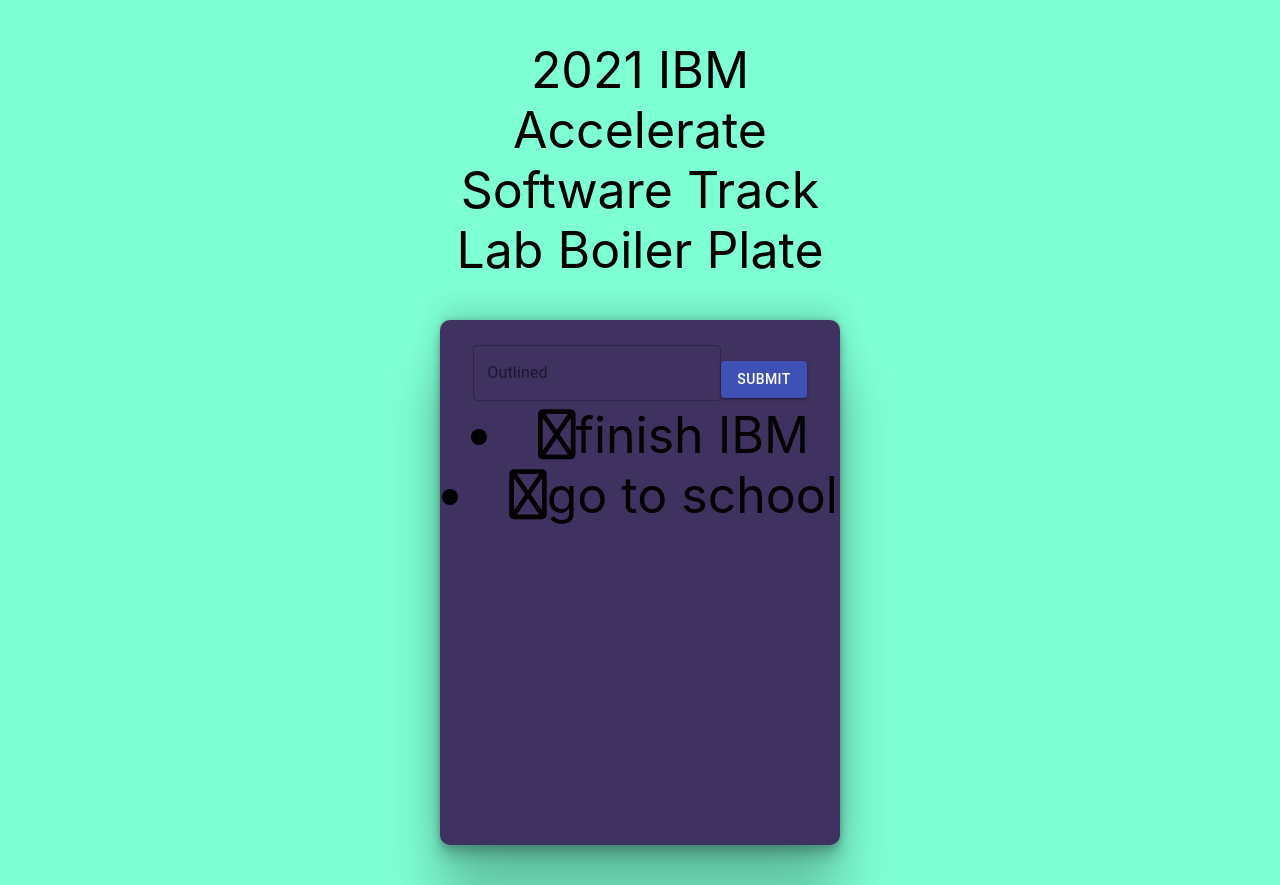
Repository: 2021-IBM-Accelerate-SW-Track/lab-1-team-34
Page: /
An editor plug-in stored every save of this project. The page is shown before and after the next save, followed by the edit.
The browser window is 1280 px wide. The pictures show the whole page.
Some web libraries are served in a nearby version. The project was rebuilt for these pictures with package versions that can differ from the ones it lists, and the page was loaded fresh each time.

Above is the page before, as saved 2021-06-13 16:55:10.

After the next save:
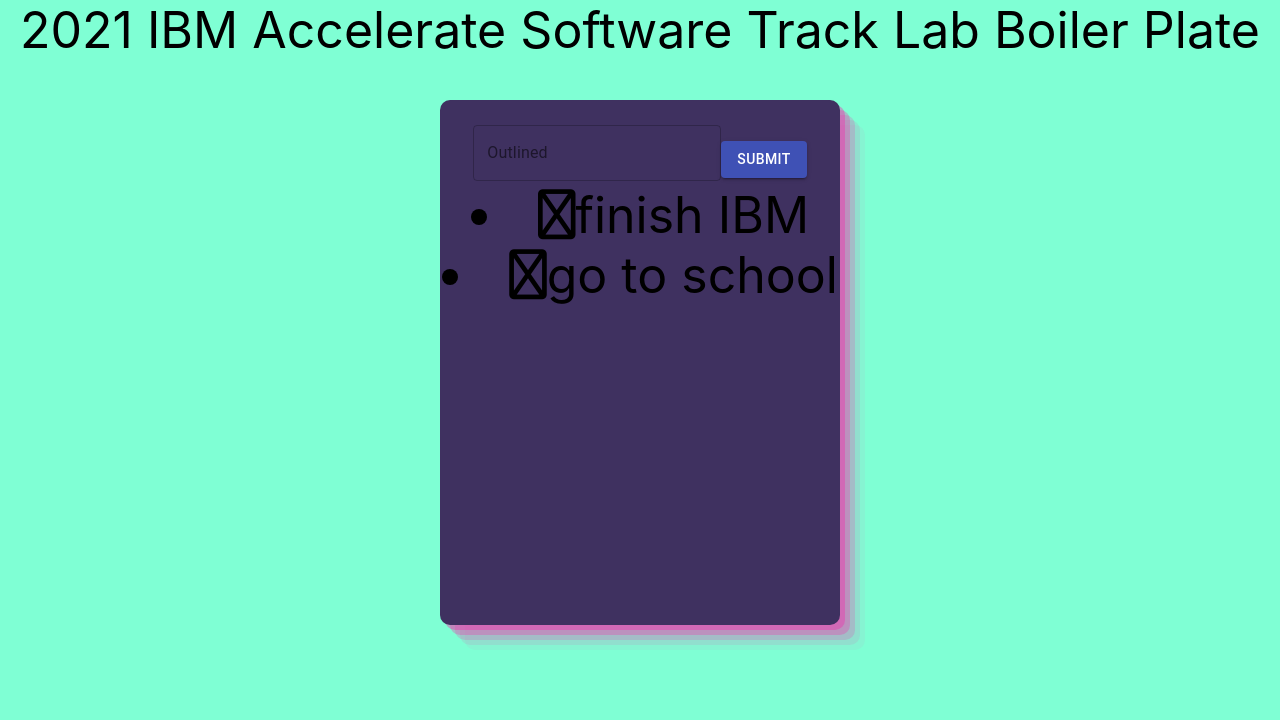
Saved 21 s later.
--- a/src/component/Input/input.css
+++ b/src/component/Input/input.css
@@ -6,10 +6,7 @@
   padding-top: 25px;
   border-radius: 10px;
 
-  box-shadow: rgba(0, 0, 0, 0.25) 0px 54px 55px,
-    rgba(0, 0, 0, 0.12) 0px -12px 30px, rgba(0, 0, 0, 0.12) 0px 4px 6px,
-    rgba(0, 0, 0, 0.17) 0px 12px 13px, rgba(0, 0, 0, 0.09) 0px -3px 5px;
-}
+box-shadow: rgba(240, 46, 170, 0.4) 5px 5px, rgba(240, 46, 170, 0.3) 10px 10px, rgba(240, 46, 170, 0.2) 15px 15px, rgba(240, 46, 170, 0.1) 20px 20px, rgba(240, 46, 170, 0.05) 25px 25px;
 .inputtext {
   background-color: #ffffff;
   border: 0;

After the save that followed:
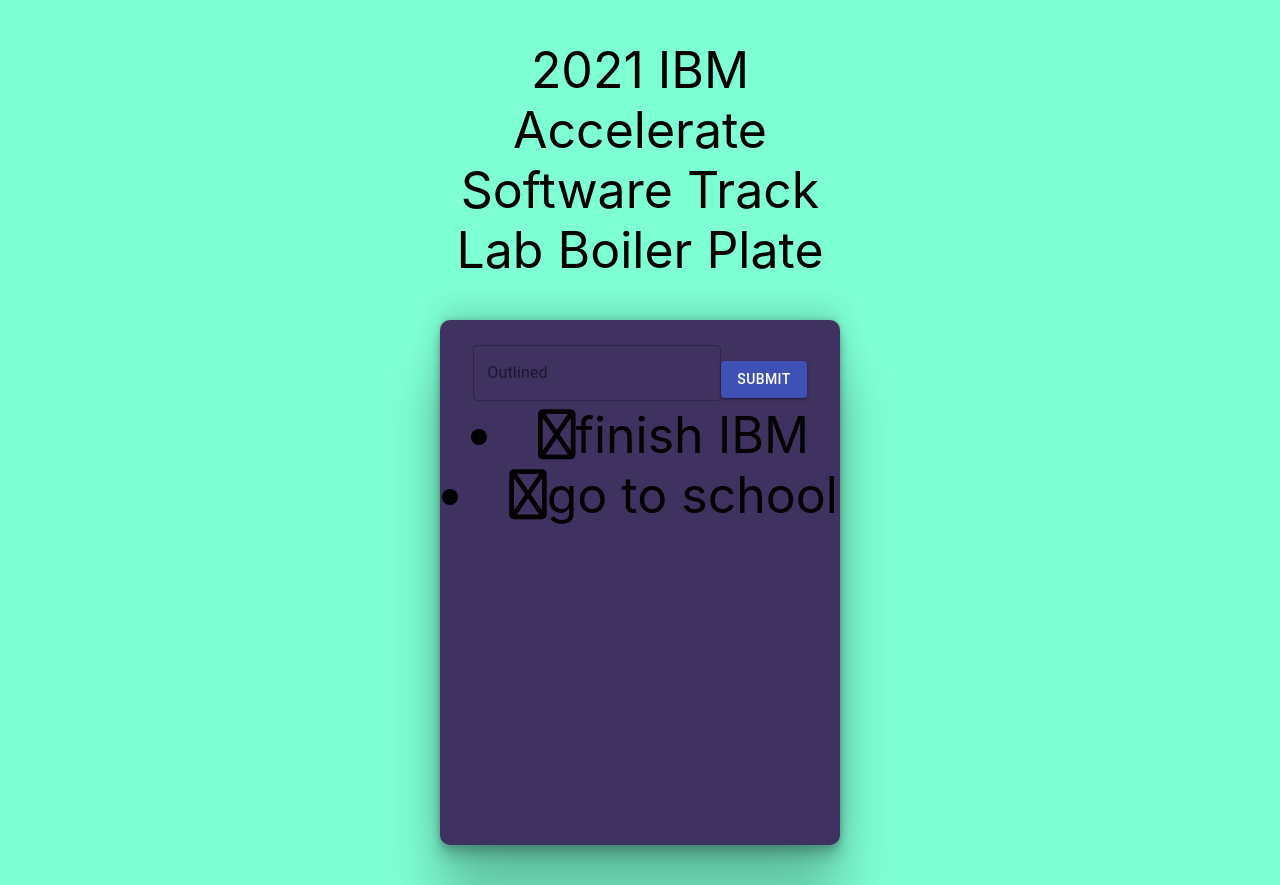
Saved 20 s later.
--- a/src/component/Input/input.css
+++ b/src/component/Input/input.css
@@ -6,7 +6,10 @@
   padding-top: 25px;
   border-radius: 10px;
 
-box-shadow: rgba(240, 46, 170, 0.4) 5px 5px, rgba(240, 46, 170, 0.3) 10px 10px, rgba(240, 46, 170, 0.2) 15px 15px, rgba(240, 46, 170, 0.1) 20px 20px, rgba(240, 46, 170, 0.05) 25px 25px;
+  box-shadow: rgba(0, 0, 0, 0.25) 0px 54px 55px,
+    rgba(0, 0, 0, 0.12) 0px -12px 30px, rgba(0, 0, 0, 0.12) 0px 4px 6px,
+    rgba(0, 0, 0, 0.17) 0px 12px 13px, rgba(0, 0, 0, 0.09) 0px -3px 5px;
+}
 .inputtext {
   background-color: #ffffff;
   border: 0;
